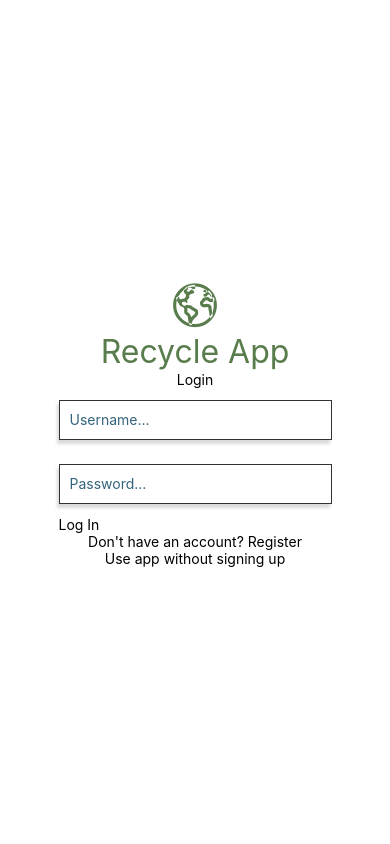
Repository: ct-pham/COMP4511
Screen: / (app in comp4511/)
These files come from the project's save history. The screen is drawn as it stood at one moment and after the next save; the edit follows.
The app was drawn by React Native's web renderer in a window 390 px wide. The project was rebuilt for these pictures with package versions that can differ from the ones it lists, and the page was loaded fresh each time.

Above is the screen before, as saved 2022-11-07 15:43:35.

After the next save:
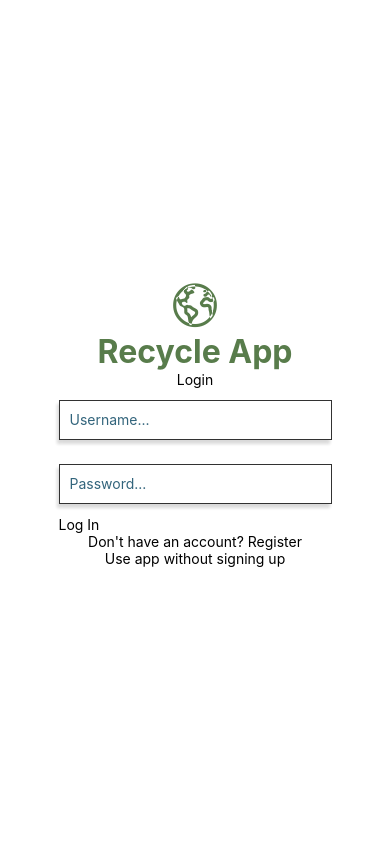
Saved 8 s later.
--- a/comp4511/Components/Login.js
+++ b/comp4511/Components/Login.js
@@ -84,7 +84,7 @@ const styles = StyleSheet.create({
     },
     title: {
         fontSize: 32,
-        fontWeight: 'semibold',
+        fontWeight: 'bold',
         color: '#587C4B',
     }
 });
